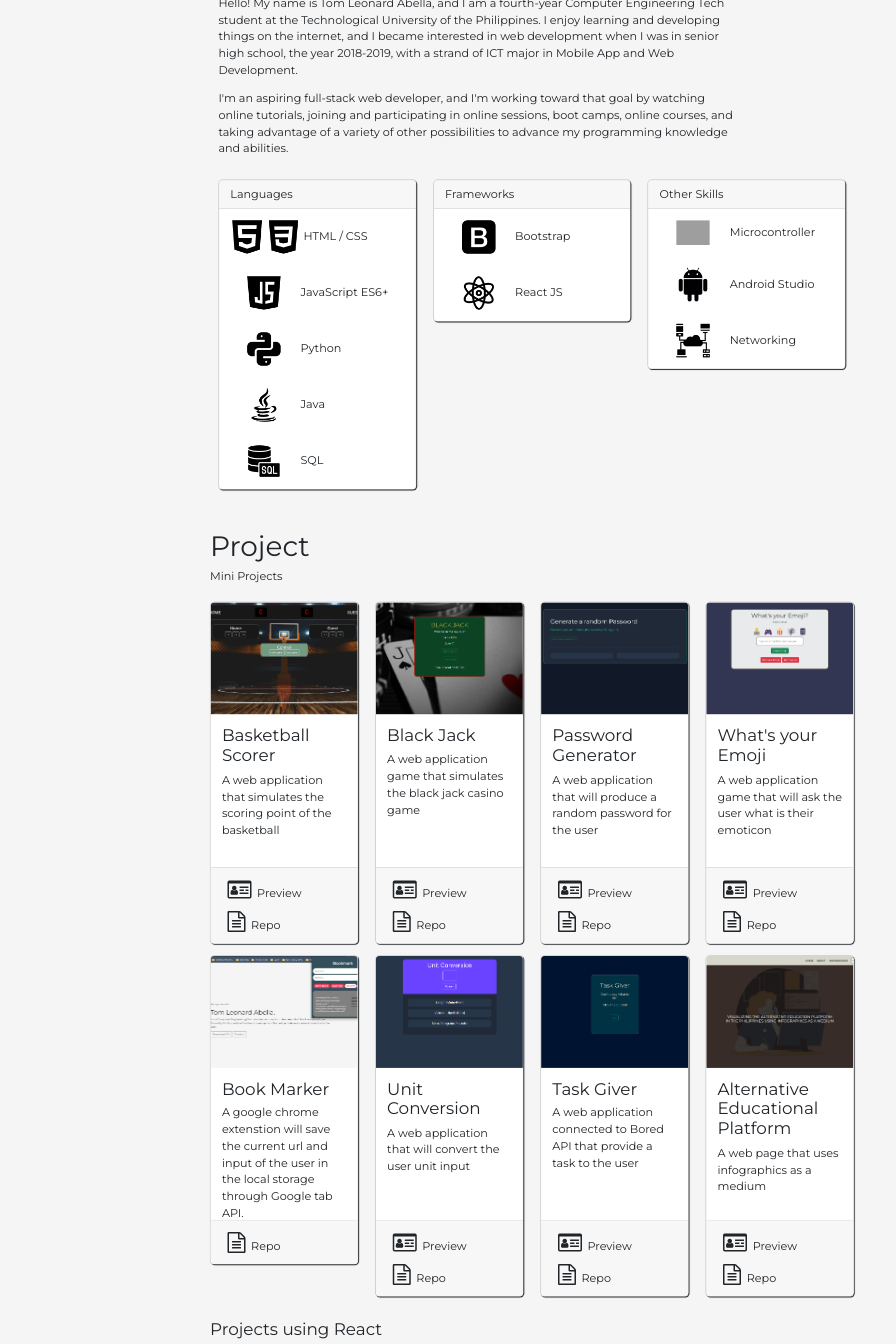
Repository: tom-abella/Portfolio
Page: index.html
The author's editor kept a copy of each file at every save. The page is drawn from the files as they stood at one save, then again after the next save.
The browser window is 1280 px wide. The pictures show the part of the page from y = 792 to 2712 px (the page is 3347 px tall), at 70% of full size.
Pictures or frames that could not be fetched are drawn as grey boxes.

Above is the page before, as saved 2022-11-25 11:26:45.
Console error: ReferenceError: emailjs is not defined

After the next save:
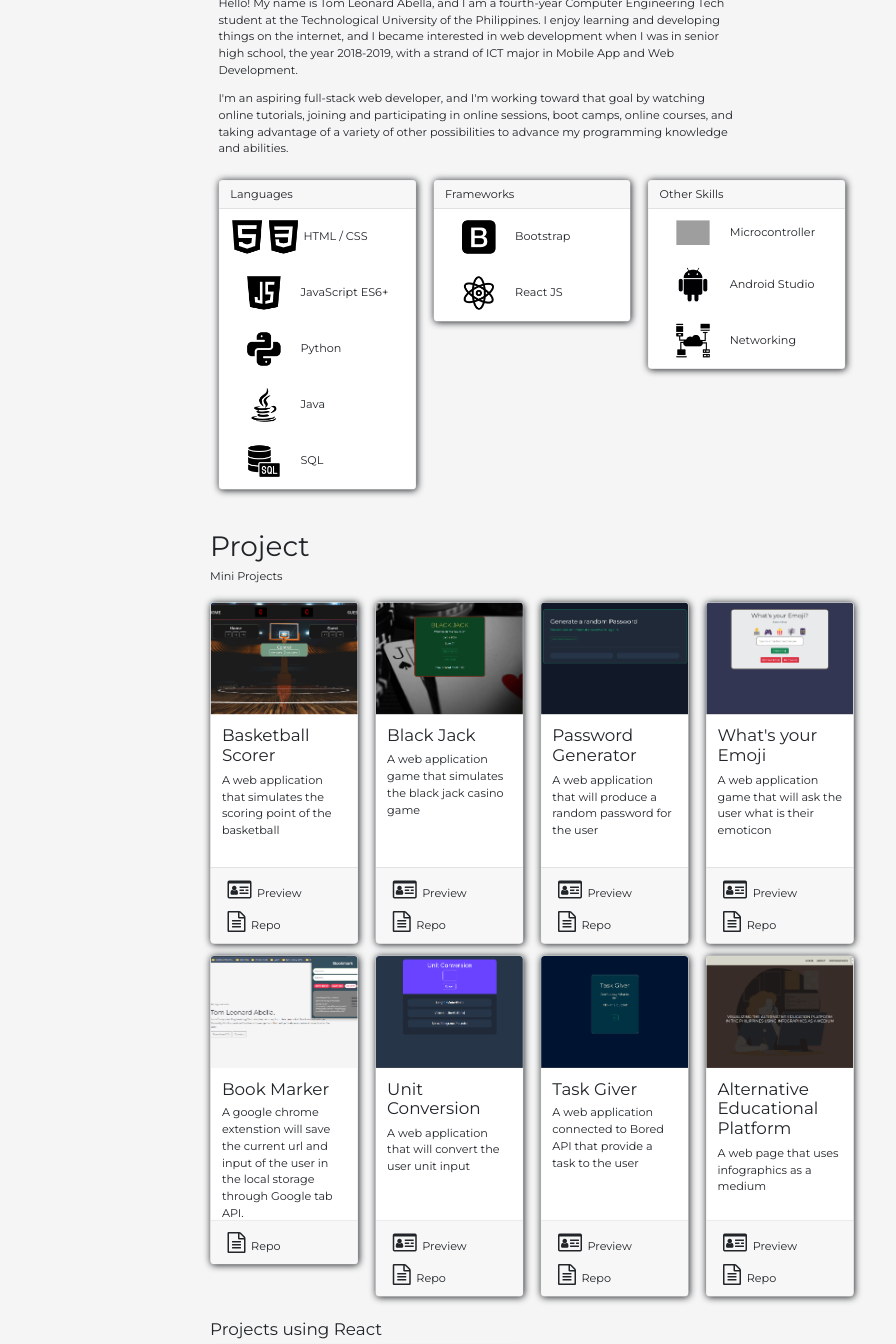
Saved 5 s later.
--- a/style.css
+++ b/style.css
@@ -17,7 +17,7 @@ img{
 
 }
 .card{
-    box-shadow: 1px 1px 1px #212529;
+    box-shadow: 1px 1px 10px #212529;
 }
 .navbar .nav-link.active{
     color:grey;
